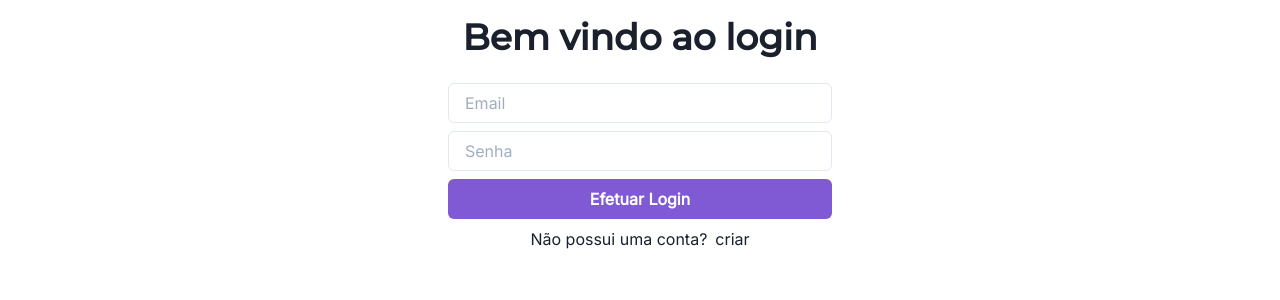
Repository: thislucasme/front-end-cats-react.js
Page: /login
An editor plug-in stored every save of this project. The page is shown before and after the next save, followed by the edit.
The browser window is 1280 px wide. The pictures show the whole page.
Some web fonts or font styles are not loaded; a fallback is used. The project was rebuilt for these pictures with package versions that can differ from the ones it lists, and the page was loaded fresh each time. Also part of the build but not shown: src/components/lista.gatos.tsx, src/hooks/useUserGato.ts, src/components/menu.tsx, src/hooks/useGatos.ts, src/components/BuscaGatos.tsx, src/components/CadastroUsuarioGato.tsx, src/components/CadastroGatos.tsx.

Above is the page before, as saved 2021-11-01 14:27:54.

### src/index.tsx
import { ColorModeScript } from "@chakra-ui/react"
import * as React from "react"
import ReactDOM from "react-dom"
import { App } from "./App"
import reportWebVitals from "./reportWebVitals"
import * as serviceWorker from "./serviceWorker"
import { ChakraProvider } from '@chakra-ui/react'
import theme from "./theme/theme";
import './theme/styles.css';

ReactDOM.render(
  <React.StrictMode>
    <ColorModeScript />
    <ChakraProvider theme={theme}>
      <App />
    </ChakraProvider>
  </React.StrictMode>,
  document.getElementById("root"),
)

// If you want your app to work offline and load faster, you can change
// unregister() to register() below. Note this comes with some pitfalls.
// Learn more about service workers: https://cra.link/PWA
serviceWorker.unregister()

// If you want to start measuring performance in your app, pass a function
// to log results (for example: reportWebVitals(console.log))
// or send to an analytics endpoint. Learn more: https://bit.ly/CRA-vitals
reportWebVitals()

### src/App.tsx
import React from "react";
import { AuthProvider } from "./context/auth";
import { RouteCommponent } from "./components/RouteComponent";
export const App: React.FC = () => {
  return (
    <AuthProvider>
      <RouteCommponent />
    </AuthProvider>
  );
}

### src/theme/theme.ts
import { extendTheme, theme as base } from '@chakra-ui/react';

const theme = extendTheme({
	colors: {
		brand: {
			50: '#e60000',
			100: '#cc0000',
			200: '#b30000',
			300: '#990000',
			400: '#890000',
		}
	},
	fonts: {
		heading: `Montserrat, ${base.fonts?.heading}`,
		body: `Inter, ${base.fonts?.body}`
	}
});

export default theme;

### src/theme/styles.css
@import url('https://fonts.googleapis.com/css2?family=Fruktur&family=Montserrat:wght@500&display=swap');
@import url('https://fonts.googleapis.com/css2?family=Inter&display=swap');

### src/context/auth.tsx
import React, { createContext, useContext, useEffect, useState } from "react";
import { api } from '../lib/api';

interface AuthContextData {
	signed: boolean;
	Login(email: string, senha: string): Promise<void>;
}
const AuthContext = createContext<AuthContextData>({} as AuthContextData);


export const AuthProvider: React.FC = ({ children }) => {

	const [user, setUser] = useState<object | null>();

	useEffect(() => {
		const storageUser = localStorage.getItem('@App:user');
		const storageToken = localStorage.getItem('@App:token');

		if (storageToken && storageUser) {
			setUser(JSON.parse(storageUser));
		}
	}, [])

	async function Login(email: string, senha: string) {
		const response = await api.post('/auth/login', {
			email,
			senha
		});
		if (response.data.access_token !== undefined) {
			setUser(response.data.user);
			localStorage.setItem('@App:token', response.data.access_token);
		}
		return response.data.access_token;
	}

	return (
		<AuthContext.Provider value={{ signed: Boolean(user), Login: Login }}>
			{children}
		</AuthContext.Provider>
	);
};

export function useAuth() {
	const context = useContext(AuthContext);
	return context;
}

export default AuthContext;

### src/components/RouteComponent.tsx
import React from 'react';
import { BrowserRouter, Route, Switch } from 'react-router-dom';
import { Login } from './Login';
import { Busca } from './BuscaGatos';
import { UserCadastro } from './CadastroUsuarioGato';
import { Cadastro } from './CadastroGatos';
export const RouteCommponent = () => {
	return (
		<BrowserRouter>
			<Switch>
				<Route path="/login" component={Login} />
				<Route path="/create-account" component={UserCadastro} />
				<Route path="/cadastro/gato" component={Cadastro} />
				<Route path="/" component={Busca} />
			</Switch>
		</BrowserRouter>
	);
}

### src/lib/api.ts
import axios from "axios";

export const apiEndPoint = 'http://localhost:3000';

export const api = axios.create({
	baseURL: apiEndPoint,

});


api.interceptors.request.use(
	config => {
		const token = localStorage.getItem('@App:token');

		console.log(token);
		if (token) {

			config.headers['Authorization'] = `Bearer ${token}`
		}

		return config;
	}
)
export const apiPostUserCat = async () => {
	try {
		const res = await api.post('/auth/user');
		return res;
	} catch (e) {
		return { data: null, error: e };
	}
}

### src/components/Login.tsx
import { Center, useToast, Text, Heading, Input, Button, VStack, HStack, Link } from "@chakra-ui/react";
import React, { useState } from "react";
import { useAuth } from "../context/auth";
export const Login = () => {

	const [email, setEmail] = useState('');
	const [senha, setSenha] = useState('');

	const toast = useToast();

	const context = useAuth();

	async function handleLogin() {
		const result = await context.Login(email, senha);
		if (result === undefined) {
			toast({
				title: "Login.",
				description: "Suas credenciais estão incorretas.",
				status: "error",
				duration: 2000,
				isClosable: true,
			})
			return;
		}
		openLink('/cadastro')
	}

	function openLink(url: string) {
		window.open(url, '_self')
	}
	return (
		<Center>
			<VStack w="full">

				<VStack w="30%">
					<Heading my={4}>Bem vindo ao login</Heading>
					<Input value={email} onChange={(e) => { setEmail(e.target.value) }} placeholder="Email" />
					<Input value={senha} placeholder="Senha" onChange={(e) => setSenha(e.target.value)} type={"password"} />
					<Button colorScheme="purple" onClick={() => { handleLogin() }} w="full">Efetuar Login</Button>
					<HStack><Text>Não possui uma conta? </Text><Link onClick={() => { openLink('/cadastro/user') }}>criar</Link></HStack>
				</VStack>
			</VStack>
		</Center>
	);
}

Loaded but not shown: public/index.html (common file); src/reportWebVitals.ts (common file); src/serviceWorker.ts (common file)

After the next save:
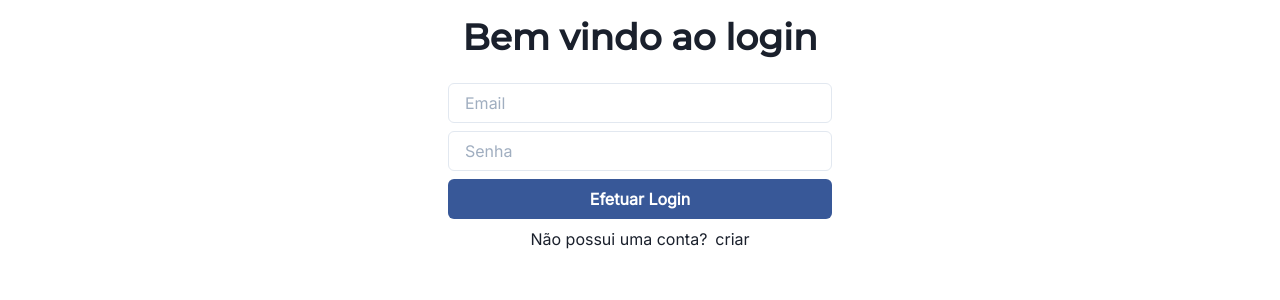
Saved 11 s later.
--- a/src/components/Login.tsx
+++ b/src/components/Login.tsx
@@ -36,7 +36,7 @@ export const Login = () => {
 					<Heading my={4}>Bem vindo ao login</Heading>
 					<Input value={email} onChange={(e) => { setEmail(e.target.value) }} placeholder="Email" />
 					<Input value={senha} placeholder="Senha" onChange={(e) => setSenha(e.target.value)} type={"password"} />
-					<Button colorScheme="purple" onClick={() => { handleLogin() }} w="full">Efetuar Login</Button>
+					<Button colorScheme="facebook" onClick={() => { handleLogin() }} w="full">Efetuar Login</Button>
 					<HStack><Text>Não possui uma conta? </Text><Link onClick={() => { openLink('/cadastro/user') }}>criar</Link></HStack>
 				</VStack>
 			</VStack>
